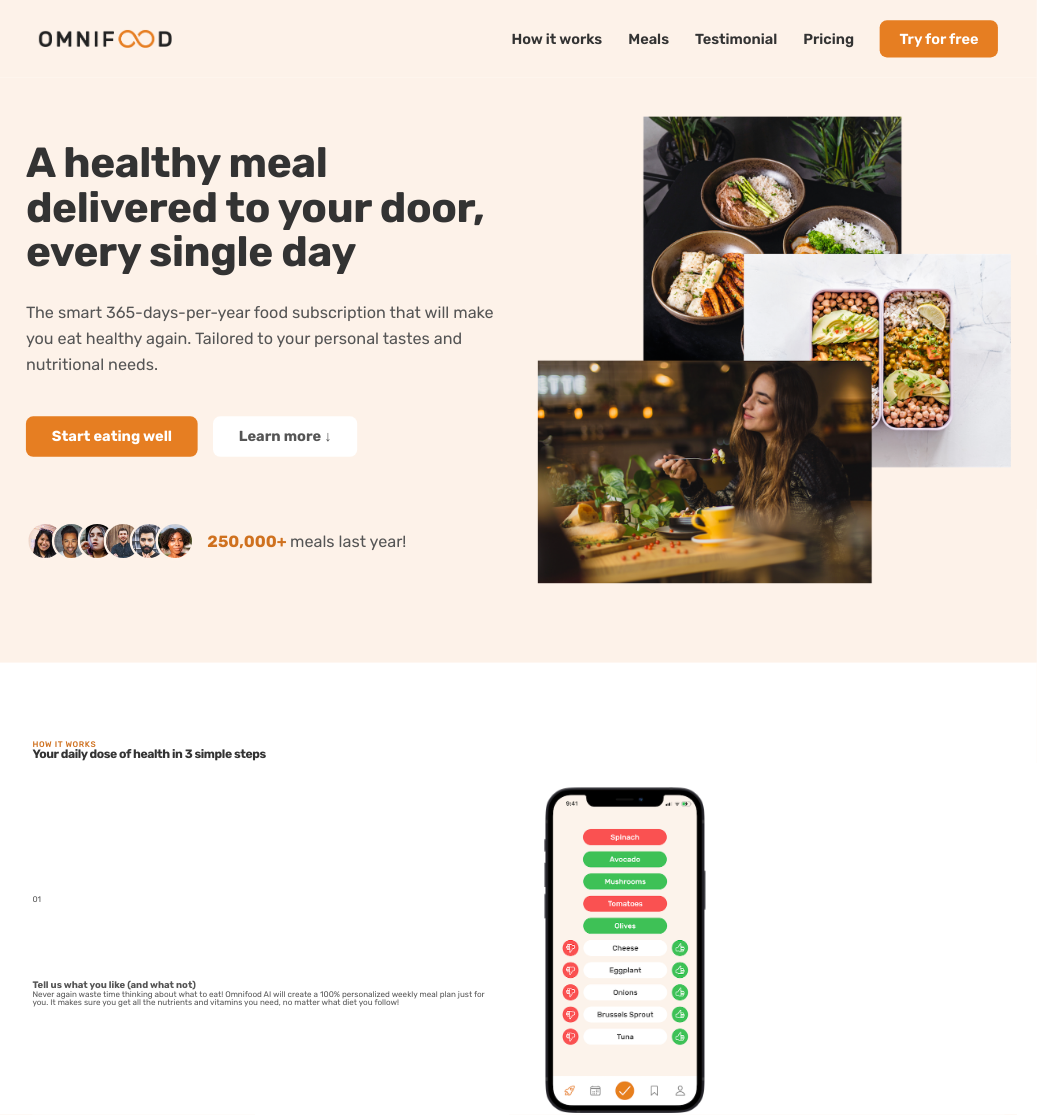
Repository: WefsCao/Omnifood
Page: index.html
These files come from the project's save history. The page is drawn as it stood at one moment and after the next save; the edit follows.
The browser window is 1280 px wide. The pictures show the whole page, at 81% of full size.

Above is the page before, as saved 2022-06-04 20:06:20.

After the next save:
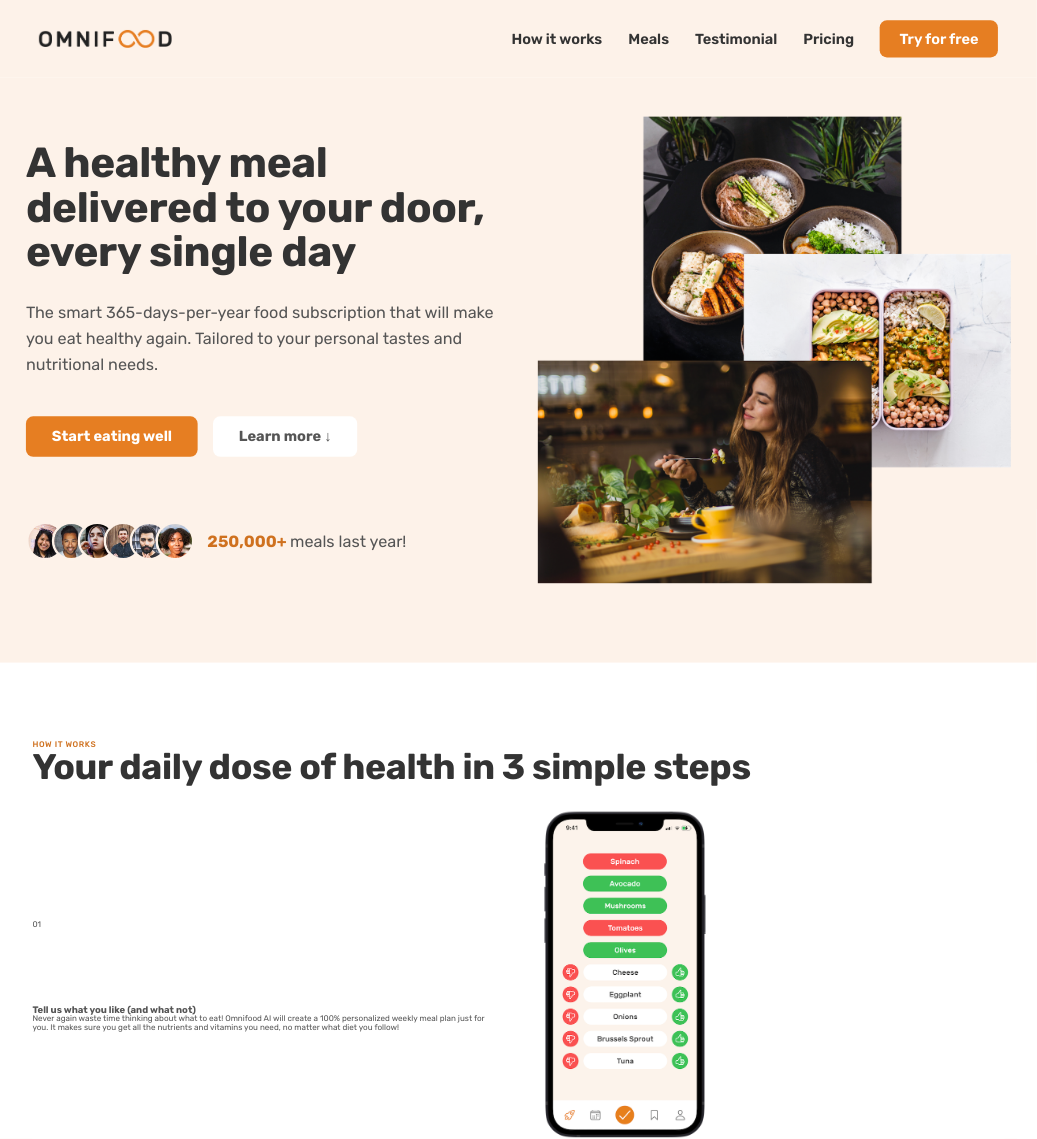
Saved 35 s later.
--- a/css/style.css
+++ b/css/style.css
@@ -133,6 +133,7 @@
   font-weight: 500;
 }
 .heading-secondary {
+  font-size: 4.4rem;
 }
 .step-img {
   width: 35%;
